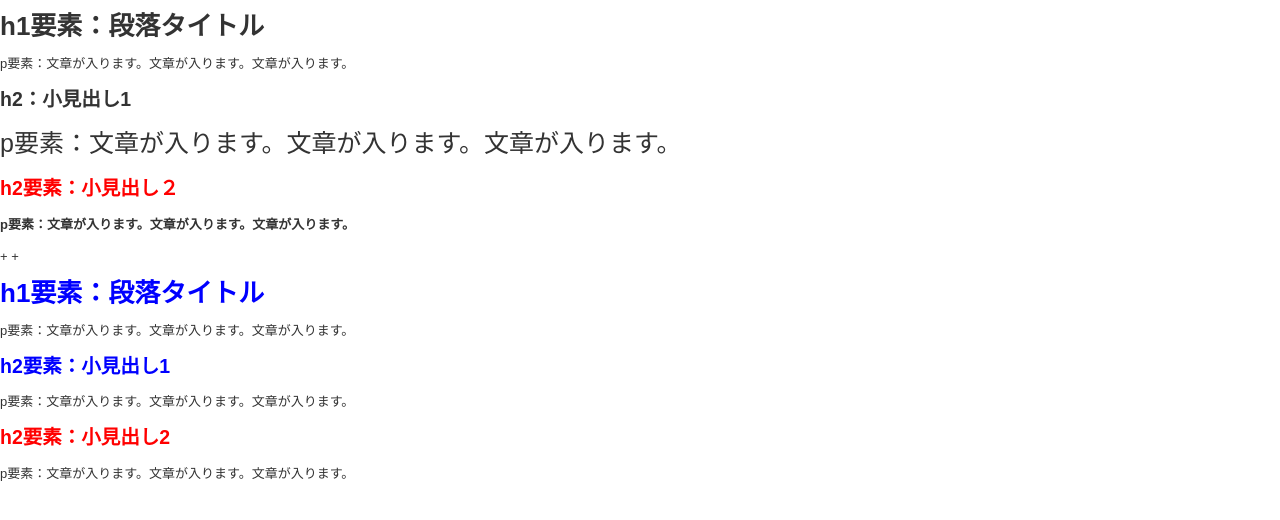
Repository: Habo-10/samurai_HTML-CSS
Page: index.html
The author's editor kept a record of every edit. The page is drawn from the files as they stood at one moment, then again after the next edit.
The browser window is 1280 px wide. The pictures show the whole page.

Above is the page before.

### index.html
<!DOCTYPE html>
<html>
  <head>
    <meta charset="UTF-8">
    <title>HTML/CSSの学習</title>
        <style>
            #red {
                color: red;
            }
            .blue {
                color: blue;
            }
        </style>
  </head>
  <body>
    <h1>h1要素：段落タイトル</h1>
    <p>p要素：文章が入ります。文章が入ります。文章が入ります。</p>
    <h2>h2：小見出し1</h2>
        <P style="font-size: 25px;">
            p要素：文章が入ります。文章が入ります。文章が入ります。
        </P>
            <h2 id="red">h2要素：小見出し２</h2>
        <p style="font-weight: bold;">
            p要素：文章が入ります。文章が入ります。文章が入ります。
        </p>
  </body>
</html><!DOCTYPE html>
<html lang="ja">
  <head>
    <meta charset="UTF-8">
    <title>HTML/CSSの学習</title>
+    <!-- stylesheet.cssの読み込み -->
+    <link rel="stylesheet" href="stylesheet.css">
  </head>
  <body>
    <h1 class="blue">h1要素：段落タイトル</h1>
    <p>p要素：文章が入ります。文章が入ります。文章が入ります。</p>
    <h2 class="blue">h2要素：小見出し1</h2>
    <p class="fs-25">
      p要素：文章が入ります。文章が入ります。文章が入ります。
    </p>
    <h2 id="red">h2要素：小見出し2</h2>
    <p class="fw-bold">
      p要素：文章が入ります。文章が入ります。文章が入ります。
    </p>
  </body>
</html>

### stylesheet.css
@charset "utf-8";

body {
    margin: 0;
    padding: 0;
    font-family: "ヒラギノ角ゴ Pro W3", "Hiragino Kaku Gothic Pro", "メイリオ", Meiryo, Osaka, "ＭＳ Ｐゴシック", "MS PGothic", sans-serif;
	color: #333;
	font-size: 13px;
	line-height: 150%;
}
/*-------------------------wrapper----------------------*/
#wrapper {
    width: 100%;
    margin: auto;
    padding: 0px;
    border: 0px;
    background-color: #FFF;
    top: 10px;
    position: relative;
}

/*-------------------------header-----------------------*/
#header {
    width:100%;
}
#header h1 {
    margin: 0;
    padding: 0;
}

#corridor {
    width: 100%;
    height: auto;
}

/*------------------------footer-----------------------*/
#footer {
    clear: both;
    width: 100%;
    padding: 3px 0 3px 0;
    background: #39F;
    color: #FFF;
    font-weight: bold;
    text-align: center;
}

/*------------------------nav-------------------------*/
#nav {
    width: 100%;
}
#nav ul {
    margin: 0;
    padding: 0;
    list-style-type: none;
}
#nav ul li {
    float: left;
    width: 20%;
    text-align: center;
}
#nav ul li a {
    display: block;
    height: 20px;
    margin: 0;
    padding: 10px;
    color: #fff;
    font-size: 20px;
    text-decoration: none;
    background-color: green;
    border-left: 1px solid white;
}

#nav ul li a:hover {
    filter: drop-shadow(10px 10px 10px black);
}

/*---------------------container---------------------*/
#container {
    width: 100%;
    margin: auto;
    padding-top: 20px;
    clear: both;
}
/*------------------------main-----------------------*/
#main {
    float: left;
    width: 60%;
    padding: 10px 30px 10px 10px;
}
#main h2 {
    margin: 0 0 10px 0;
    color: #FFF;
    font-size: 16px;
    border-left: solid 10px #C00;
    background: #F90 url(../images/main_h2.jpg) right top repeat-y;
}
#main p {
    margin: 0;
    padding: 0;
}
#main .post {
    margin: 0 0 30px 0;
}
#main .post img.right {
    margin: 0 0 0 8px;
}
#main .post img.left {
    margin: 0 8px 0 0;
}
.right {
    float: right;
    width: 40%;
    height: auto;
}
.left {
    float: left;
    width: 40%;
    height: auto;
}
/*----------------------clearfix----------------------*/
.cleafix {
    zoom: 1;
}
.clearfix:after{
    content: "";
    display: block;
    clear: both;
}
/*---------------------side---------------------------*/
#side {
    float: right;
    width: 20%;
    padding: 20px;
    background-color: #F99;
}
#side .box {
    margin: 0 auto 30px auto;
    padding: 0 0 20px 0;
    background: url(images/side_box.png) bottom no-repeat;
}
#side .box h2 {
    margin: 0;
    padding: 8px;
    text-align: center;
    color: #fff;
    font-size: 16px;
    line-height: 16px;
    font-weight: normal;
    background: url(images/side_box_h2.png) center no-repeat;
}
#side .box .boxBody  {
    padding: 8px;
    border-right: solid 1px #C36;
    border-bottom: solid 1px #C36;
    border-left: solid 1px #C36;
    background: #fff;
}
#side .box .boxBody ul {
    margin: 0 0 16px 0;
    padding: 0;
}
#side .box .boxBody ul li {
    padding: 8px 0 8px 4px;
    list-style: none;
    border-bottom: solid 1px #C36;
}

#side .box .boxBody ul li:hover {
    padding: 8px 0 8px 4px;
    list-style: none;
    border-bottom: solid 1px #C36;
    box-hsadow: 0px 4px 4px rgba(0, 0, 0, 0.3)
}

After the next edit:
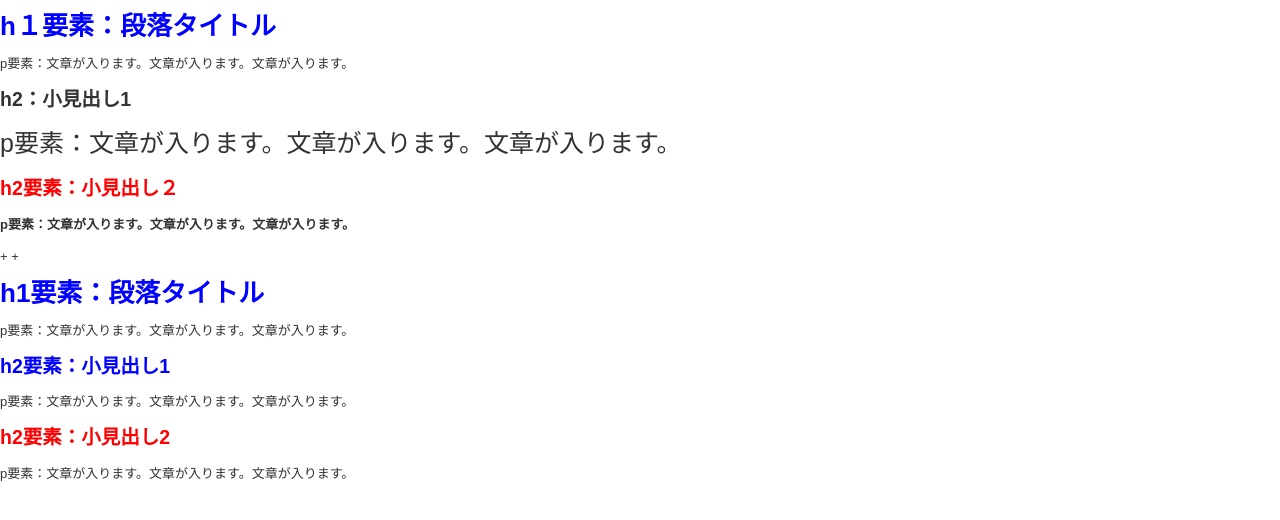
The edit:
--- a/index.html
+++ b/index.html
@@ -13,7 +13,7 @@
         </style>
   </head>
   <body>
-    <h1>h1要素：段落タイトル</h1>
+    <h1 class="blue">h１要素：段落タイトル</h1>
     <p>p要素：文章が入ります。文章が入ります。文章が入ります。</p>
     <h2>h2：小見出し1</h2>
         <P style="font-size: 25px;">
